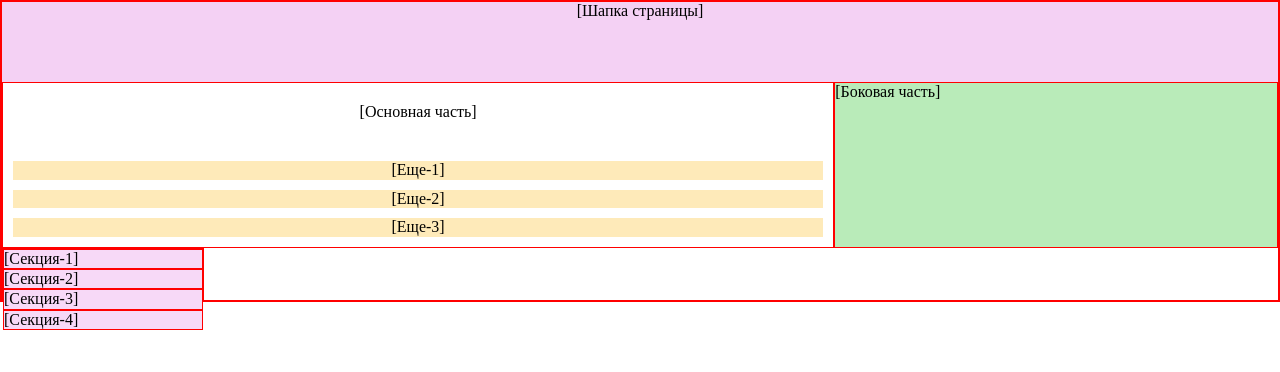
Repository: IrinaGetmanenko/week6
Page: grid.html
These files come from the project's save history. The page is drawn as it stood at one moment and after the next save; the edit follows.
The browser window is 1280 px wide. The pictures show the whole page.

Above is the page before, as saved 2022-10-22 19:07:44.

After the next save:
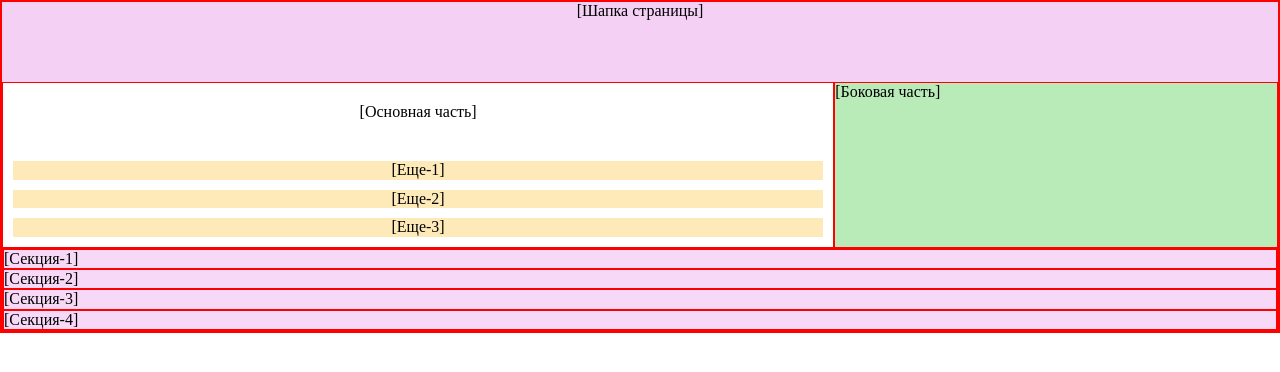
Saved 41 s later.
--- a/grid.html
+++ b/grid.html
@@ -80,8 +80,7 @@
 .footer {
 grid-area: footer;
 border: 1px solid red;
-height: 50px;
-width: 200px;
+
 grid-template-columns: 1fr 1fr 1fr 1fr;
 justify-content: space-between;
 

After the save that followed:
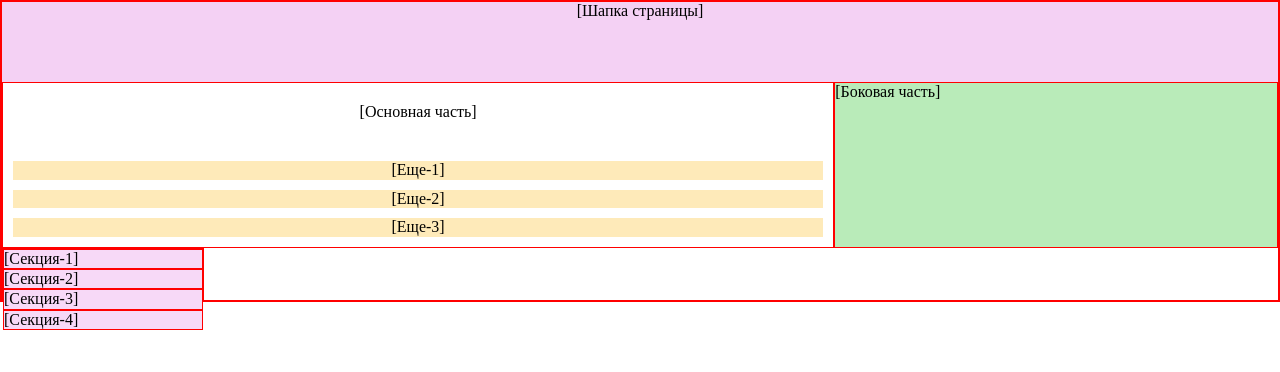
Saved 13 s later.
--- a/grid.html
+++ b/grid.html
@@ -80,7 +80,8 @@
 .footer {
 grid-area: footer;
 border: 1px solid red;
-
+height: 50px;
+width: 200px;
 grid-template-columns: 1fr 1fr 1fr 1fr;
 justify-content: space-between;
 
